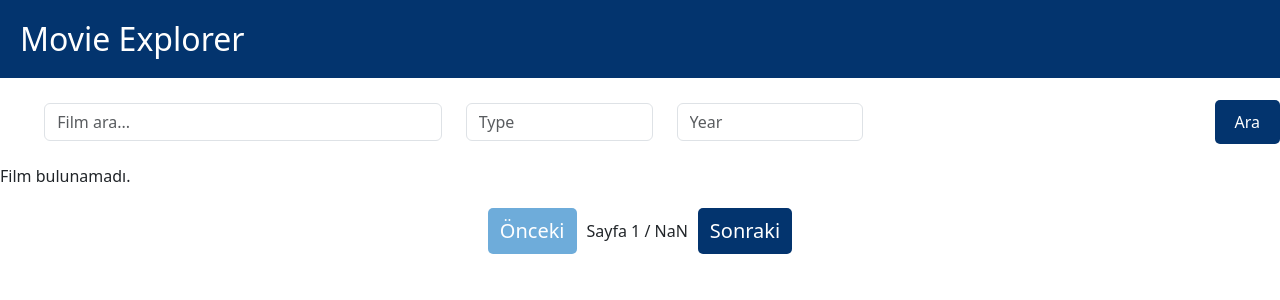
Repository: denizdizi/movie-explorer
Page: /
An editor plug-in stored every save of this project. The page is shown before and after the next save, followed by the edit.
The browser window is 1280 px wide. The pictures show the whole page.
The page's requests for data from a server got no answer. The project was rebuilt for these pictures with package versions that can differ from the ones it lists, and the page was loaded fresh each time. No one was signed in, and anything a server would have sent is missing. Also part of the build but not shown: src/App.css, src/components/MovieCard.js.

Above is the page before, as saved 2025-03-28 22:39:07.

After the next save:
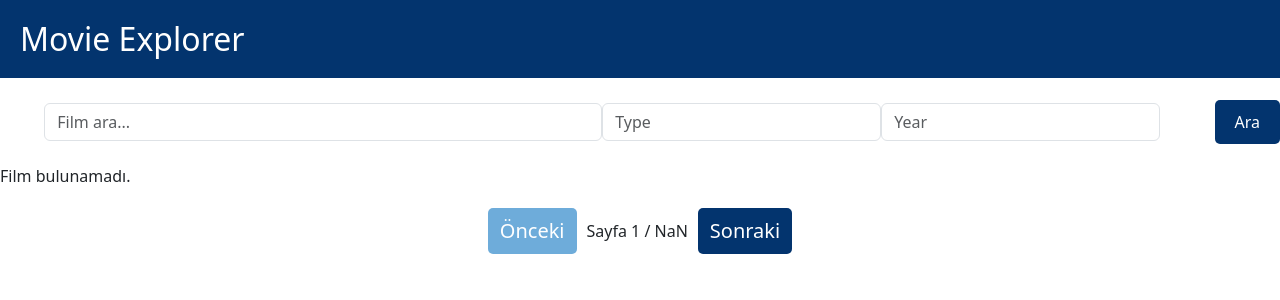
Saved 49 s later.
--- a/src/components/SearchBar.js
+++ b/src/components/SearchBar.js
@@ -15,7 +15,6 @@ const SearchBar = () => {
   return (
     <form onSubmit={handleSearch} className="search-bar">
 <div className="container input-wrapper">
-  <div className="row">
     <div className="col-lg-6">
       <input type="text" className="form-control" placeholder="Film ara..." />
     </div>
@@ -25,7 +24,6 @@ const SearchBar = () => {
     <div className="col-lg-3">
       <input type="text" className="form-control" placeholder="Year" />
     </div>
-  </div>
 </div>
       <button type="submit" className="search-btn">
         Ara
